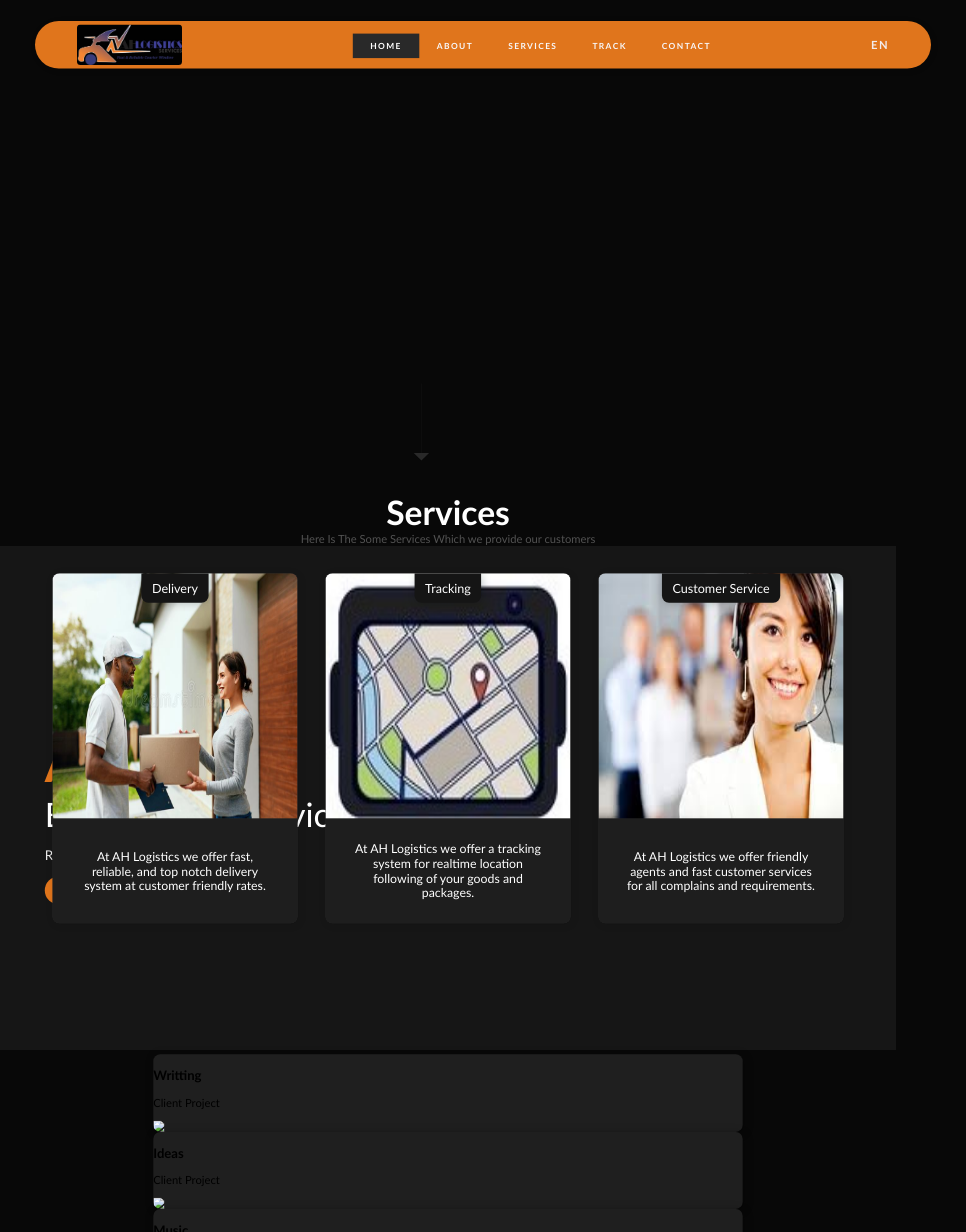
Repository: TheSecretlifeOfX/Ah-Logistics
Page: index.html
These files come from the project's save history. The page is drawn as it stood at one moment and after the next save; the edit follows.
The browser window is 1280 px wide. The page is 1380 px wide, then 1280 px, so the pictures cover 1380 px, including what lies to the right of the window. The pictures show the part of the page from y = 0 to 1760 px (the page is 3077 px tall before and 3017 px after), at 70% of full size.

Above is the page before, as saved 2022-03-02 13:29:25.
Not found: images/w1.jpg
Not found: images/w2.jpg
Not found: images/w3.jpg

After the next save:
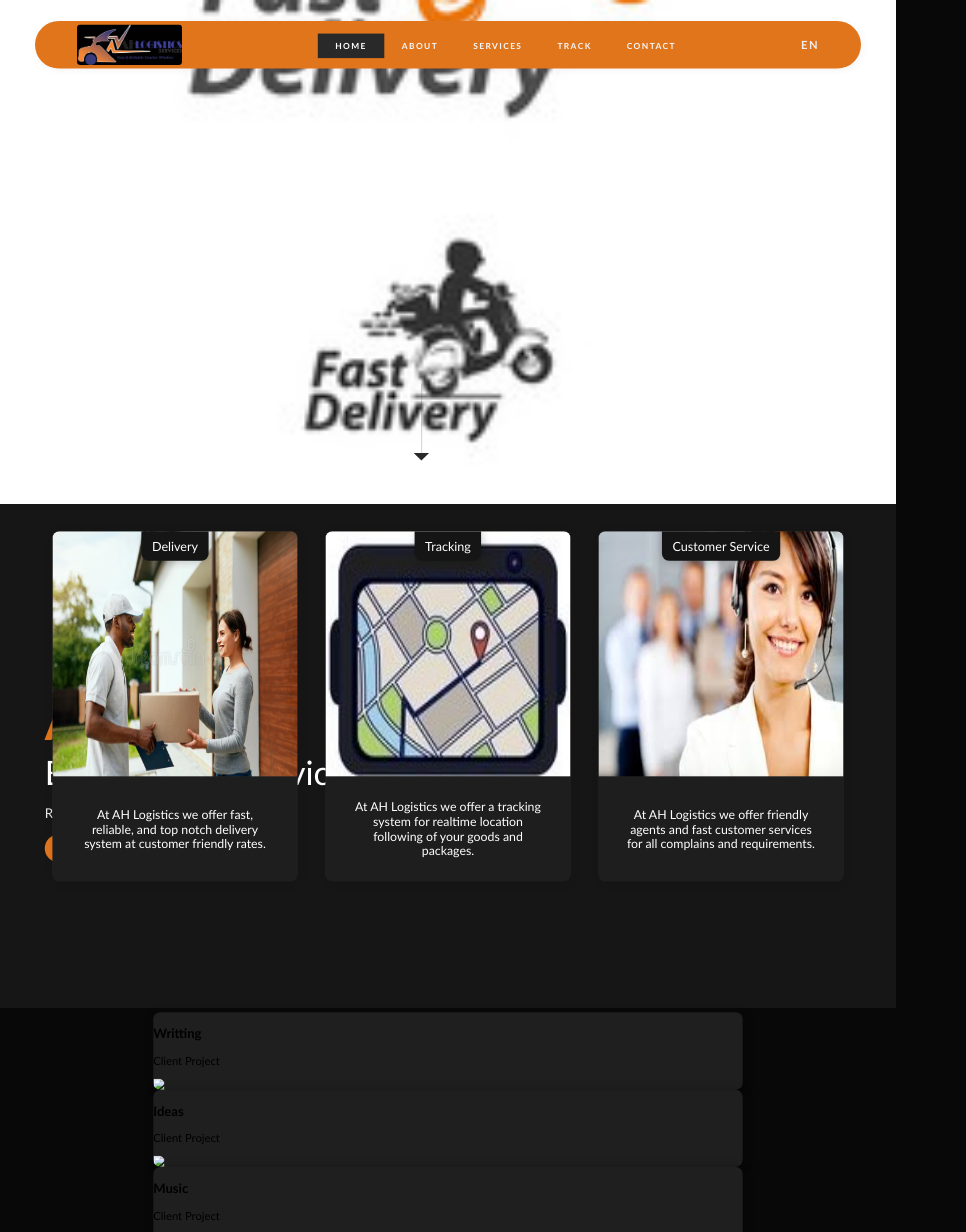
Saved 70 s later.
--- a/css/home.css
+++ b/css/home.css
@@ -21,12 +21,12 @@ padding:30px 50px;
 position:relative;
 width:100%;
 height: 100vh;
-/*box-sizing: border-box;
-/*background-size: 1330px;
+box-sizing: border-box;
+background-size: 1330px;
 background-position: right bottom;
 background-repeat: no-repeat;
 background-image: url("../images/AhLogic.jpg");
-background-color: #edf1fd;*/
+background-color: #edf1fd;
 }
 nav{
 display:flex;
